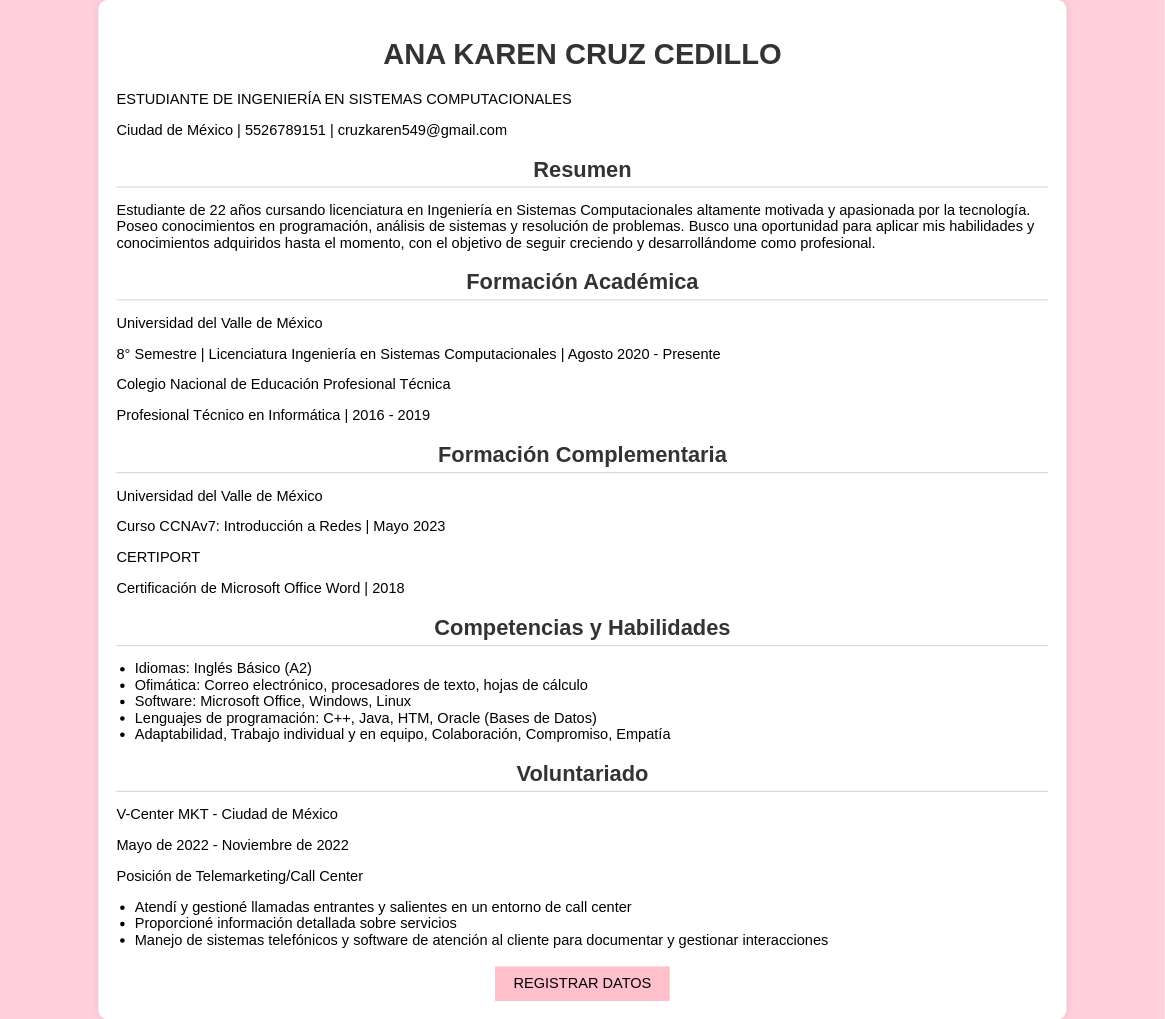
Repository: UVMCoyoacan/InnovaWeb
Page: indexcvkaren.html
An editor plug-in stored every save of this project. The page is shown before and after the next save, followed by the edit.
The browser window is 1280 px wide. The pictures show the whole page, at 91% of full size.

Above is the page before, as saved 2024-03-01 12:17:43.

### indexcvkaren.html
<!DOCTYPE html>
<html lang="es">
<head>
<meta charset="UTF-8">
<meta name="viewport" content="width=device-width, initial-scale=1.0">
<link rel="stylesheet" href="stylescvkaren.css">
<title>CV de Ana Karen Cruz Cedillo</title>
</head>
<body>
    <div class="container">
        <h1>ANA KAREN CRUZ CEDILLO</h1>
        <p>ESTUDIANTE DE INGENIERÍA EN SISTEMAS COMPUTACIONALES</p>
        <p>Ciudad de México | 5526789151 | cruzkaren549@gmail.com</p>

        <div class="section">
            <h2>Resumen</h2>
            <p>Estudiante de 22 años cursando licenciatura en Ingeniería en Sistemas Computacionales altamente motivada y apasionada por la tecnología. Poseo conocimientos en programación, análisis de sistemas y resolución de problemas. Busco una oportunidad para aplicar mis habilidades y conocimientos adquiridos hasta el momento, con el objetivo de seguir creciendo y desarrollándome como profesional.</p>
        </div>

        <div class="section">
            <h2>Formación Académica</h2>
            <p>Universidad del Valle de México</p>
            <p>8° Semestre | Licenciatura Ingeniería en Sistemas Computacionales | Agosto 2020 - Presente</p>
            <p>Colegio Nacional de Educación Profesional Técnica</p>
            <p>Profesional Técnico en Informática | 2016 - 2019</p>
        </div>

        <div class="section">
            <h2>Formación Complementaria</h2>
            <p>Universidad del Valle de México</p>
            <p>Curso CCNAv7: Introducción a Redes | Mayo 2023</p>
            <p>CERTIPORT</p>
            <p>Certificación de Microsoft Office Word | 2018</p>
        </div>

        <div class="section">
            <h2>Competencias y Habilidades</h2>
            <ul>
                <li>Idiomas: Inglés Básico (A2)</li>
                <li>Ofimática: Correo electrónico, procesadores de texto, hojas de cálculo</li>
                <li>Software: Microsoft Office, Windows, Linux</li>
                <li>Lenguajes de programación: C++, Java, HTM, Oracle (Bases de Datos)</li>
                <li>Adaptabilidad, Trabajo individual y en equipo, Colaboración, Compromiso, Empatía</li>
            </ul>
        </div>

        <div class="section">
            <h2>Voluntariado</h2>
            <p>V-Center MKT - Ciudad de México</p>
            <p>Mayo de 2022 - Noviembre de 2022</p>
            <p>Posición de Telemarketing/Call Center</p>
            <ul>
                <li>Atendí y gestioné llamadas entrantes y salientes en un entorno de call center</li>
                <li>Proporcioné información detallada sobre servicios</li>
                <li>Manejo de sistemas telefónicos y software de atención al cliente para documentar y gestionar interacciones</li>
            </ul>
        </div>

        <style>
                button {
                    display: block;
                    margin: 0 auto;
                    background-color: pink;
                    border: none;
                    color: black;
                    padding: 10px 20px;
                    font-size: 16px;
                    cursor: pointer;
                }
        </style>

        <button onclick="irAFormulario()">REGISTRAR DATOS </button>

        <script>
                function irAFormulario() {
                window.location.href = "indexformu.html";
            }
        </script>

</body>
</html>

### stylescvkaren.css
body {
    background-color: #ffd1dc;
    font-family: Arial, sans-serif;
    margin: 0;
    padding: 0;
}

.container {
    width: 80%;
    margin: 0 auto;
    padding: 20px;
    background-color: white;
    border-radius: 10px;
    box-shadow: 0 0 10px rgba(0, 0, 0, 0.1);
}


h1, h2 {
    color: #333;
    text-align: center;
}

p {
    margin-bottom: 10px;
}

.section {
    margin-bottom: 20px;
}

.section h2 {
    border-bottom: 1px solid #ccc;
    padding-bottom: 5px;
    margin-bottom: 10px;
}

ul {
    padding-left: 20px;
}

After the next save:
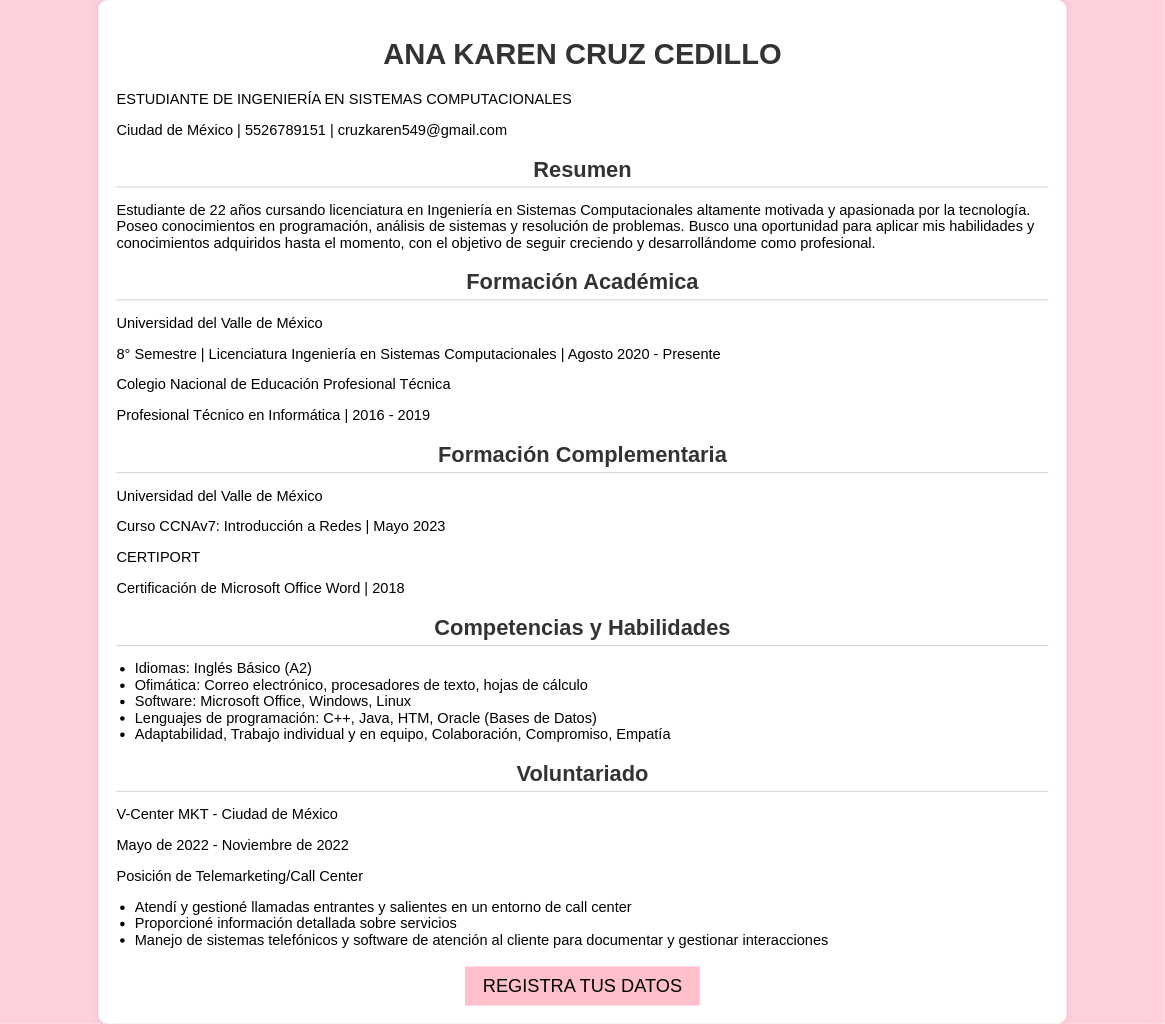
Saved 54 min 49 s later.
--- a/indexcvkaren.html
+++ b/indexcvkaren.html
@@ -64,12 +64,12 @@
                     border: none;
                     color: black;
                     padding: 10px 20px;
-                    font-size: 16px;
+                    font-size: 20px;
                     cursor: pointer;
                 }
         </style>
 
-        <button onclick="irAFormulario()">REGISTRAR DATOS </button>
+        <button onclick="irAFormulario()">REGISTRA TUS DATOS </button>
 
         <script>
                 function irAFormulario() {
